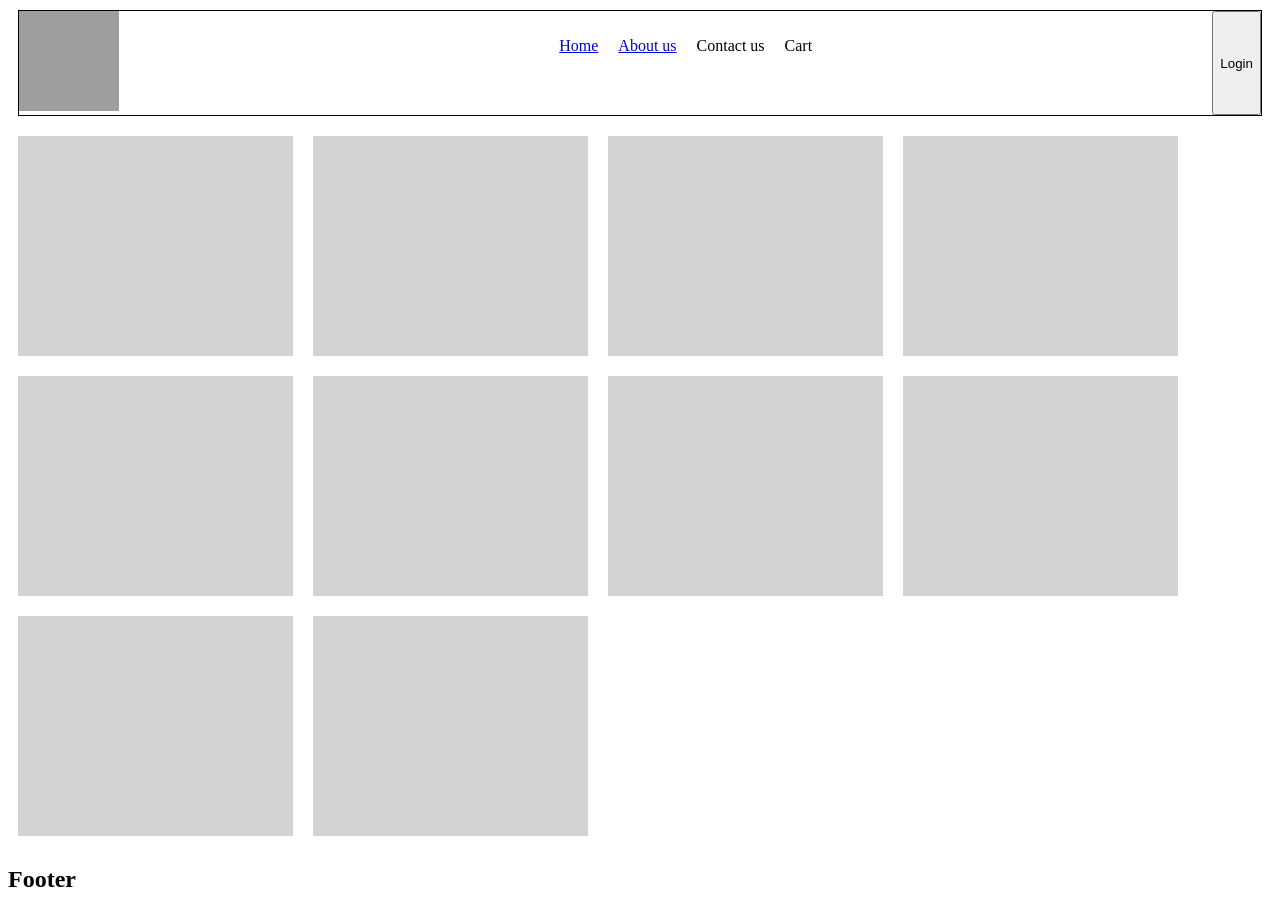
Repository: shivamv97/FOOD-VILLA-APP
Page: /
An editor plug-in stored every save of this project. The page is shown before and after the next save, followed by the edit.
The browser window is 1280 px wide. The pictures show the whole page.
Pictures or frames that could not be fetched are drawn as grey boxes. The page's requests for data from a server got no answer. The project was rebuilt for these pictures with package versions that can differ from the ones it lists, and the page was loaded fresh each time. No one was signed in, and anything a server would have sent is missing. Also part of the build but not shown: src/components/RestaurantCards.js, src/components/About.js, src/components/Error.js, src/components/ContactUs.js.

Above is the page before, as saved 2024-08-05 13:49:50.

After the next save:
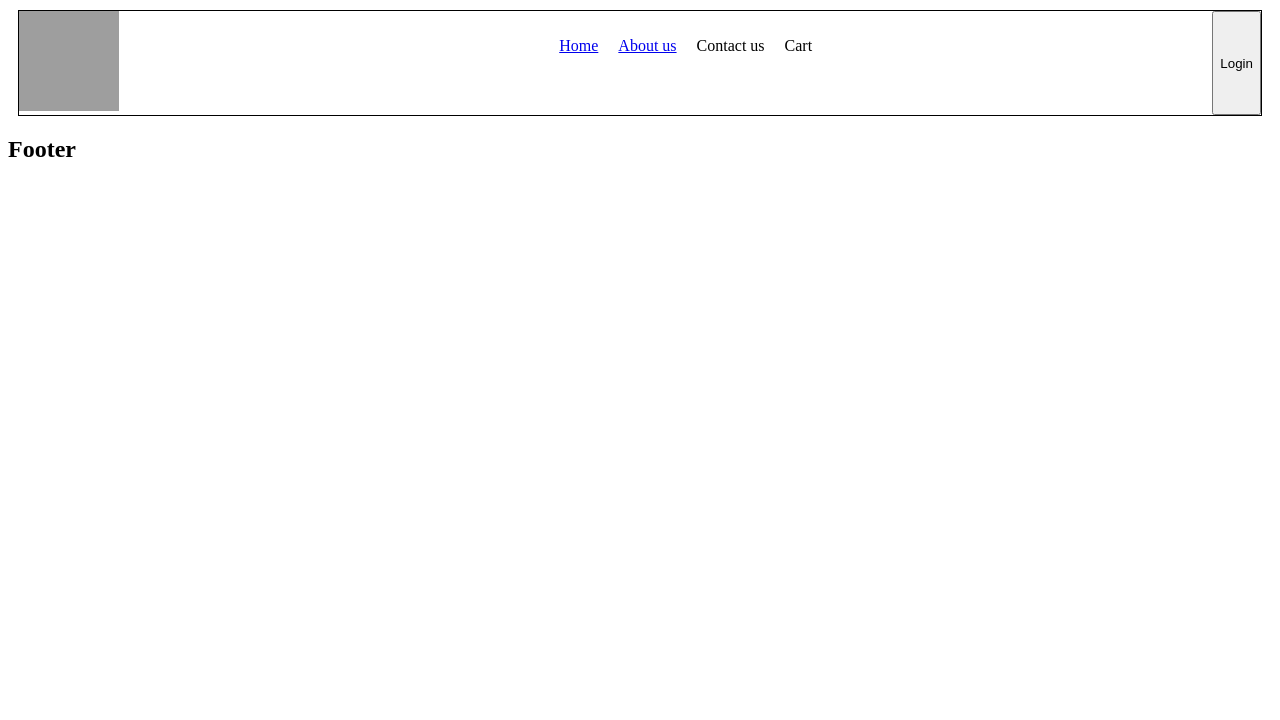
Saved 10 min 48 s later.
--- a/src/App.js
+++ b/src/App.js
@@ -6,13 +6,13 @@ import Footer from "./components/Footer";
 import About from "./components/About";
 import Error from "./components/Error";
 import Contact from "./components/ContactUs";
-import { createBrowserRouter, RouterProvider } from "react-router-dom";
+import { createBrowserRouter, RouterProvider, Outlet } from "react-router-dom";
 
 const AppLayout = () => {
   return (
     <>
       <HeaderComponent />
-      <Body />
+      <Outlet />
       <Footer />
     </>
   );
@@ -23,14 +23,16 @@ const appRouter = createBrowserRouter([
     path: "/",
     element: <AppLayout />,
     errorElement: <Error />,
-  },
-  {
-    path: "/About",
-    element: <About />,
-  },
-  {
-    path: "/Contact",
-    element: <Contact />,
+    children: [
+      {
+        path: "/About",
+        element: <About />,
+      },
+      {
+        path: "/Contact",
+        element: <Contact />,
+      },
+    ],
   },
 ]);
 
